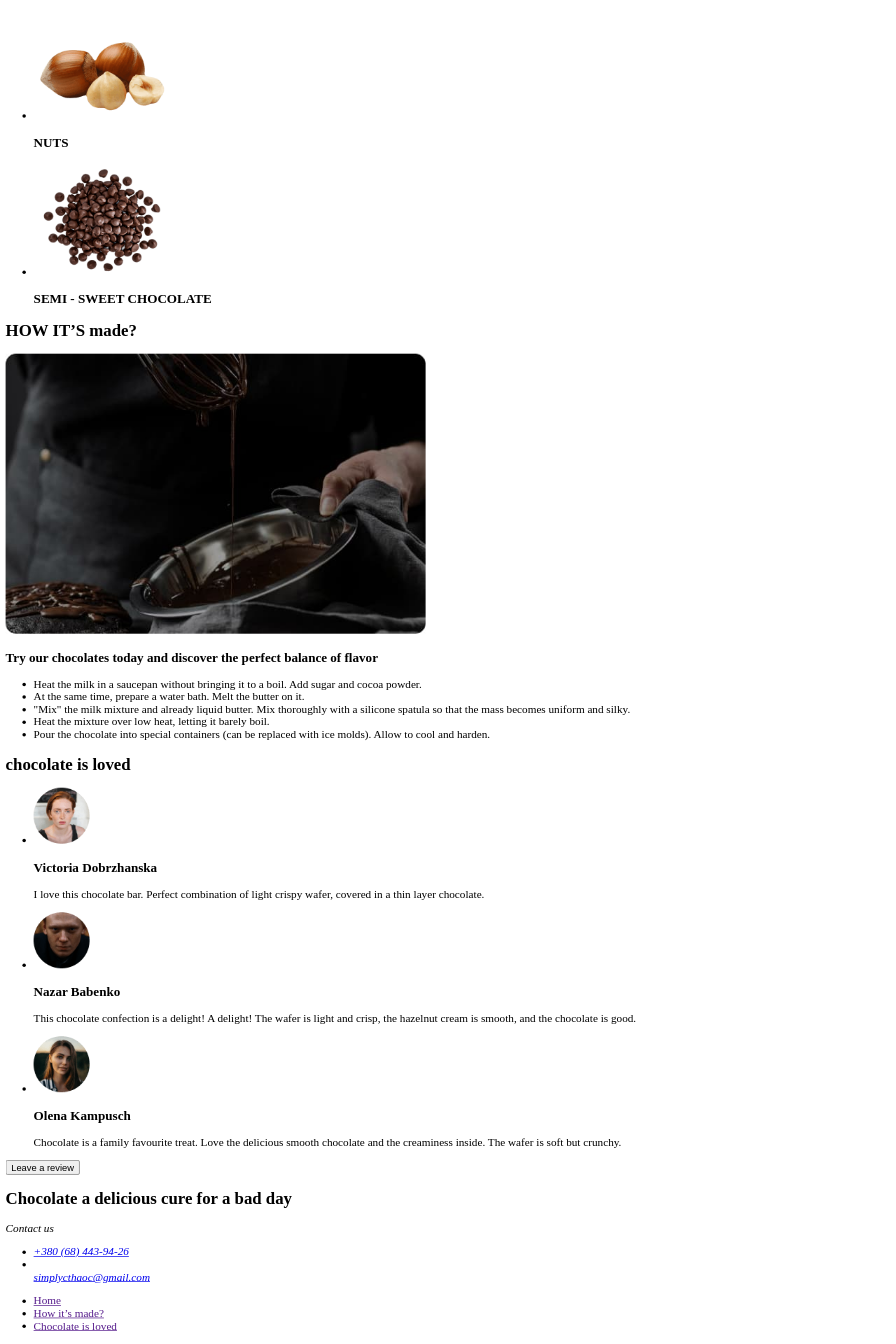
Repository: Sofiia-Khomyk/goit-markup-class-01
Page: index.html
These files come from the project's save history. The page is drawn as it stood at one moment and after the next save; the edit follows.
The browser window is 1280 px wide. The pictures show the part of the page from y = 1135 to 3055 px (the page is 3055 px tall before and 3037 px after), at 70% of full size.

Above is the page before, as saved 2024-11-11 16:31:35.

### index.html
<!DOCTYPE html>
<html lang="en">
  <head>
    <meta charset="UTF-8" />
    <meta name="viewport" content="width=device-width, initial-scale=1.0" />
    <title>Chocolate</title>
  </head>
  <body>
    <!-- Page Header -->
    <header>
      <nav>
        <a href=""
          >SIMPLY CHOCOLATE
          <img src="./images/chocolate-logo.svg" alt="site logo" />
        </a>
        <ul>
          <li>
            <a href="">Home</a>
          </li>
          <li>
            <a href="">How it’s made?</a>
          </li>
          <li>
            <a href="#reviews">Chocolate is loved</a>
          </li>
        </ul>
      </nav>
      <ul>
        <li>
          <a href="" target="_blank" rel="noopener noreferrer">Instagram</a>
        </li>
        <li>
          <a href="" target="_blank" rel="noopener noreferrer">Twitter</a>
        </li>
      </ul>
    </header>

    <main>
      <!-- Hero Section -->
      <section>
        <h1>
          Treat yourself or a loved one to our finest ingredients for a moment
          of pure delight!
        </h1>
        <button type="button">Buy now</button>
        <a href="">How it’s made</a>
        <a href="#benefits">scroll down</a>
      </section>
      <!-- Our Benefits -->
      <section id="benefits">
        <h2>Our Benefits</h2>
        <ul>
          <li>
            <h3>Unsurpassed taste</h3>
            <p>
              Crafted with the finest quality cocoa beans and a dedication to
              perfection, each bite is a decadent experience that simply cannot
              be matched. Savor the richness and complexity of our Unsurpassed
              Taste and discover a new level of chocolate bliss.
            </p>
          </li>
          <li>
            <h3>Affordable price</h3>
            <p>
              Indulge in high-quality chocolate without breaking the bank with
              Simply Chocolate's selection of affordable treats. Enjoy
              mouth-watering truffles and velvety chocolate bars without
              sacrificing taste or quality. Browse our selection and indulge in
              affordable luxury today.
            </p>
          </li>
          <li>
            <h3>Own production</h3>
            <p>
              We take pride in our own production process, ensuring that every
              step is carefully crafted to perfection. From selecting the finest
              ingredients to handcrafting each piece, our attention to detail is
              evident in every bite.
            </p>
          </li>
        </ul>
      </section>
      <!-- Ingredients Section -->
      <section>
        <h2>IT ALL ADDS UP TO ONE EXCEPTIONAL TASTE SENSATION</h2>
        <p>
          At Simply Chocolate, we believe that the secret to exceptional
          chocolate is in the details. From the sourcing of the finest
          ingredients to the careful crafting of each individual piece, every
          step of our process adds up to one exceptional taste sensation.
        </p>
        <ul>
          <li>
            <img
              src="./images/ingredients/milk-chocolate.png"
              alt="Milk chocolate"
              width="206"
              height="160"
            />
            <h3>MILK CHOCOLATE</h3>
          </li>
          <li>
            <img
              src="./images/ingredients/milk.png"
              alt="Milk"
              width="206"
              height="160"
            />
            <h3>MILK</h3>
          </li>
          <li>
            <img
              src="./images/ingredients/nuts.png"
              alt="Nuts"
              width="206"
              height="160"
            />
            <h3>NUTS</h3>
          </li>
          <li>
            <img
              src="./images/ingredients/coffee.png"
              alt="Semi Sweet Chocolate"
              width="206"
              height="160"
            />
            <h3>SEMI - SWEET CHOCOLATE</h3>
          </li>
        </ul>
      </section>
      <!-- How its made -->
      <section>
        <h2>HOW IT’S made?</h2>
        <img
          src="./images/made-chocolate/made-chocolate.jpg"
          alt="How it’s made"
          width="600"
          height="400"
        />
        <h3>
          Try our chocolates today and discover the perfect balance of flavor
        </h3>
        <ul>
          <li>
            Heat the milk in a saucepan without bringing it to a boil. Add sugar
            and cocoa powder.
          </li>
          <li>
            At the same time, prepare a water bath. Melt the butter on it.
          </li>
          <li>
            "Mix" the milk mixture and already liquid butter. Mix thoroughly
            with a silicone spatula so that the mass becomes uniform and silky.
          </li>
          <li>Heat the mixture over low heat, letting it barely boil.</li>
          <li>
            Pour the chocolate into special containers (can be replaced with ice
            molds). Allow to cool and harden.
          </li>
        </ul>
      </section>
      <!-- Reviews Section -->
      <section id="reviews">
        <h2>chocolate is loved</h2>
        <ul>
          <li>
            <img
              src="./images/reviews/vic-dob.png"
              alt="Victoria Dobrorzanska avatar"
              width="80"
              height="80"
            />
            <h3>Victoria Dobrzhanska</h3>
            <p>
              I love this chocolate bar. Perfect combination of light crispy
              wafer, covered in a thin layer chocolate.
            </p>
          </li>
          <li>
            <img
              src="./images/reviews/naz-bab.png"
              alt="Nazar Babenko avatar"
              width="80"
              height="80"
            />
            <h3>Nazar Babenko</h3>
            <p>
              This chocolate confection is a delight! A delight! The wafer is
              light and crisp, the hazelnut cream is smooth, and the chocolate
              is good.
            </p>
          </li>
          <li>
            <img
              src="./images/reviews/olen-kam.png"
              alt="Olena Kampusch avatar"
              width="80"
              height="80"
            />
            <h3>Olena Kampusch</h3>
            <p>
              Chocolate is a family favourite treat. Love the delicious smooth
              chocolate and the creaminess inside. The wafer is soft but
              crunchy.
            </p>
          </li>
        </ul>
        <button type="button">Leave a review</button>
      </section>
    </main>
    <!-- Page Footer -->
    <footer>
      <h2>Chocolate a delicious cure for a bad day</h2>
      <address>
        <p>Contact us</p>
        <ul>
          <li><a href="tel:+3804439426">+380 (68) 443-94-26</a></li>

          <li></li>
          <a href="mailto:simplycthаoc@gmail.com">simplycthаoc@gmail.com</a>
        </ul>
      </address>
      <ul>
        <li><a href="">Home</a></li>
        <li><a href="">How it’s made?</a></li>
        <li><a href="">Chocolate is loved</a></li>
      </ul>
    </footer>
  </body>
</html>

After the next save:
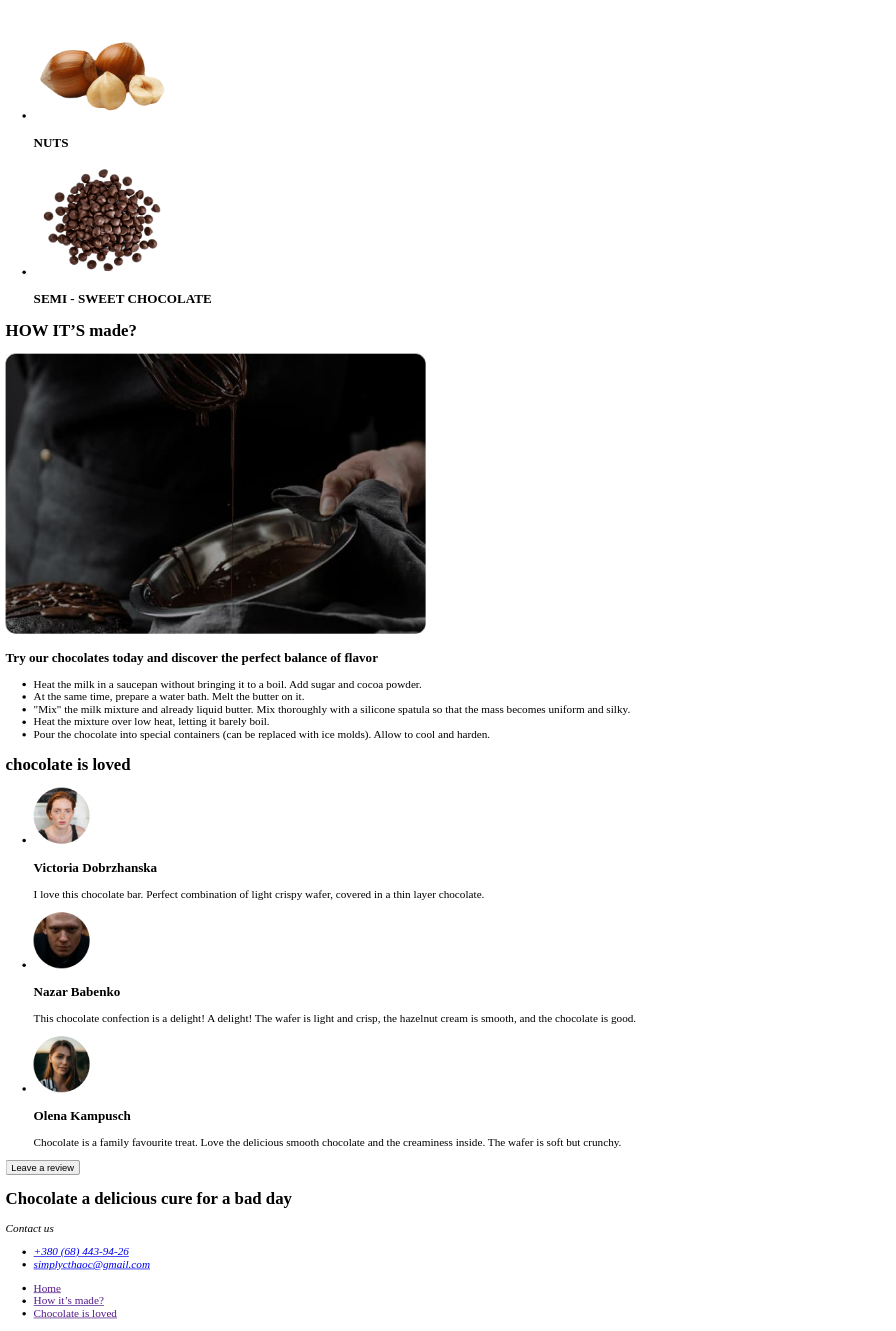
Saved 17 s later.
--- a/index.html
+++ b/index.html
@@ -216,8 +216,9 @@
         <ul>
           <li><a href="tel:+3804439426">+380 (68) 443-94-26</a></li>
 
-          <li></li>
-          <a href="mailto:simplycthаoc@gmail.com">simplycthаoc@gmail.com</a>
+          <li>
+            <a href="mailto:simplycthаoc@gmail.com">simplycthаoc@gmail.com</a>
+          </li>
         </ul>
       </address>
       <ul>
